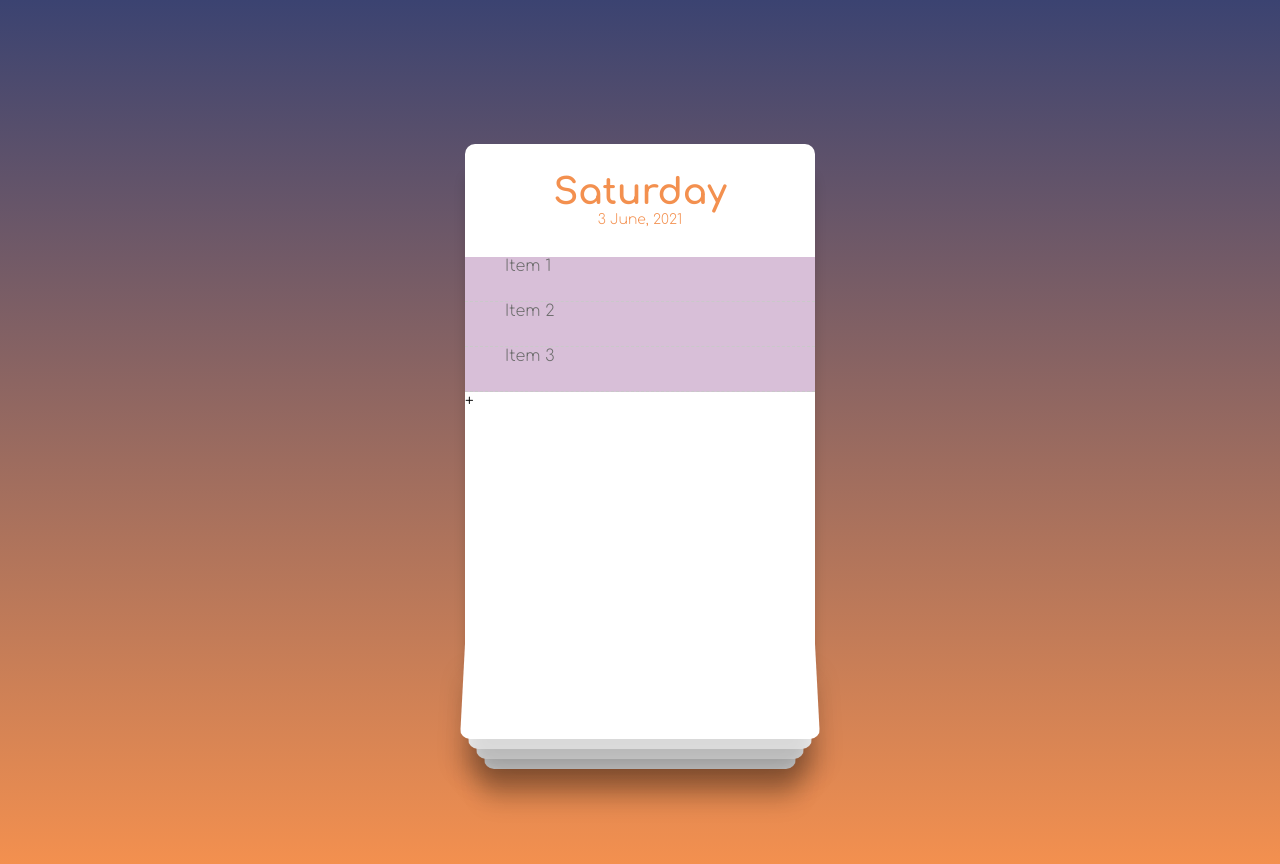
Repository: Colo-Codes/mini-projects
Page: todo-app/index.html
An editor plug-in stored every save of this project. The page is shown before and after the next save, followed by the edit.
The browser window is 1280 px wide. The pictures show the whole page.

Above is the page before, as saved 2021-07-04 12:05:18.

After the next save:
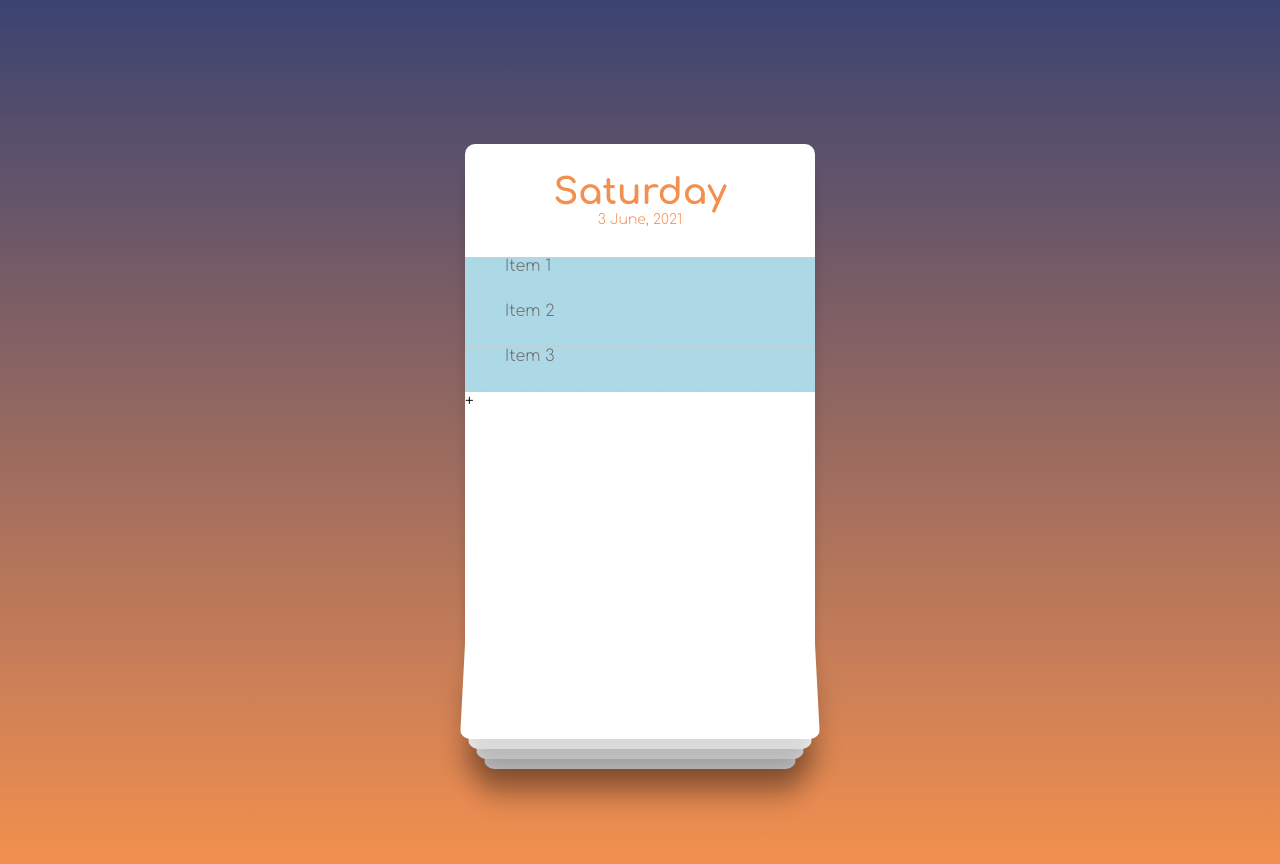
Saved 5 s later.
--- a/todo-app/css/index.css
+++ b/todo-app/css/index.css
@@ -129,5 +129,5 @@ div [id^='sheet-'] {
     padding-left: 40px;
     list-style: none;
     padding-top: 10px 0 0 0;
-    background-color: thistle;
+    background-color: lightblue;
 }
